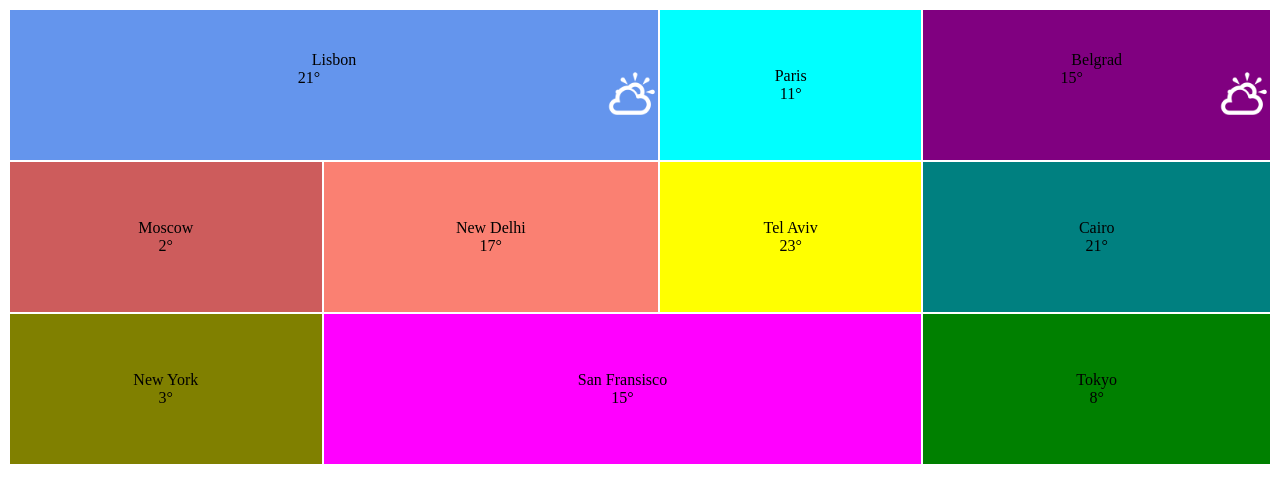
Repository: aysedo/html
Page: Week_2/index.html
An editor plug-in stored every save of this project. The page is shown before and after the next save, followed by the edit.
The browser window is 1280 px wide. The pictures show the whole page.

Above is the page before, as saved 2021-08-24 15:52:05.

After the next save:
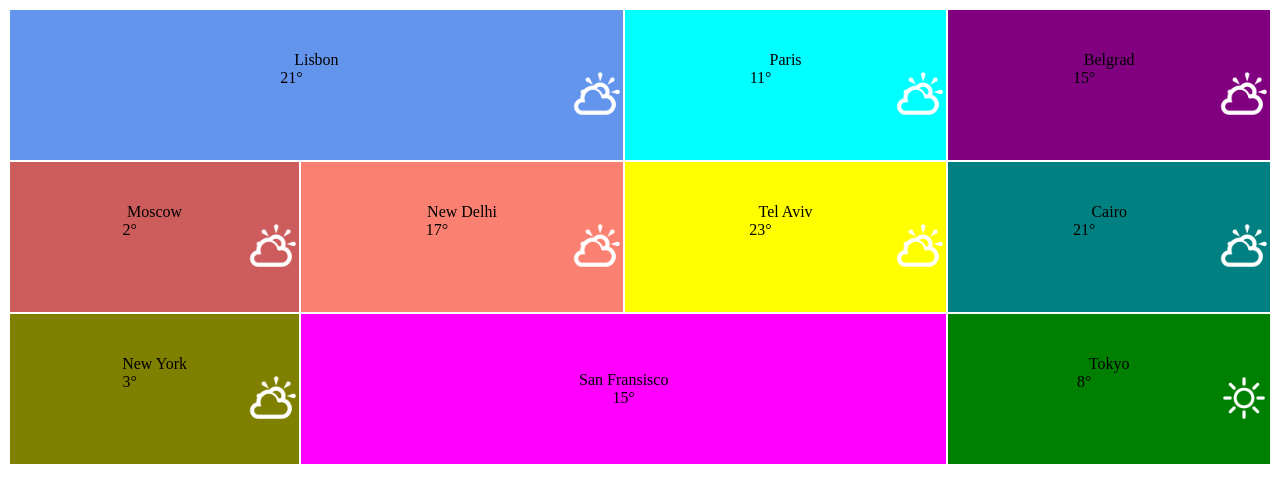
Saved 100 s later.
--- a/Week_2/index.html
+++ b/Week_2/index.html
@@ -17,6 +17,7 @@
         <td bgcolor="Aqua" align="center">
           Paris <br />
           11°
+          <img src="img.png" width="50" align="right" />
         </td>
         <td bgcolor="Purple" align="center">
           Belgrad <br />
@@ -28,24 +29,29 @@
         <td bgcolor="Indianred" align="center">
           Moscow <br />
           2°
+          <img src="img.png" width="50" align="right" />
         </td>
         <td bgcolor="Salmon" align="center">
           New Delhi <br />
           17°
+          <img src="img.png" width="50" align="right" />
         </td>
         <td bgcolor="Yellow" align="center">
           Tel Aviv <br />
           23°
+          <img src="img.png" width="50" align="right" />
         </td>
         <td bgcolor="Teal" align="center">
           Cairo <br />
           21°
+          <img src="img.png" width="50" align="right" />
         </td>
       </tr>
       <tr height="150">
         <td bgcolor="Olive" align="center">
           New York <br />
           3°
+          <img src="img.png" width="50" align="right" />
         </td>
         <td colspan="2" bgcolor="Fuchsia" align="center">
           San Fransisco<br />
@@ -54,6 +60,7 @@
         <td bgcolor="Green" align="center">
           Tokyo <br />
           8°
+          <img src="sun.png" width="50" align="right" />
 
 
         </td>
